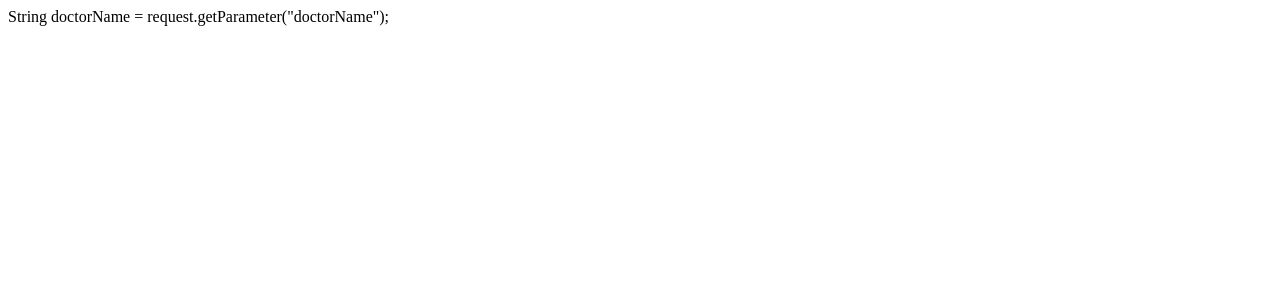
Repository: Kavya-C1/eclipsejava
Page: http://localhost/DoctorAppMaven/addDoctor.jsp
An editor plug-in stored every save of this project. The page is shown before and after the next save, followed by the edit.
The browser window is 1280 px wide. The pictures show the whole page.
The page is served by Tomcat 9.

Above is the page before, as saved 2024-03-15 09:49:47.

After the next save:
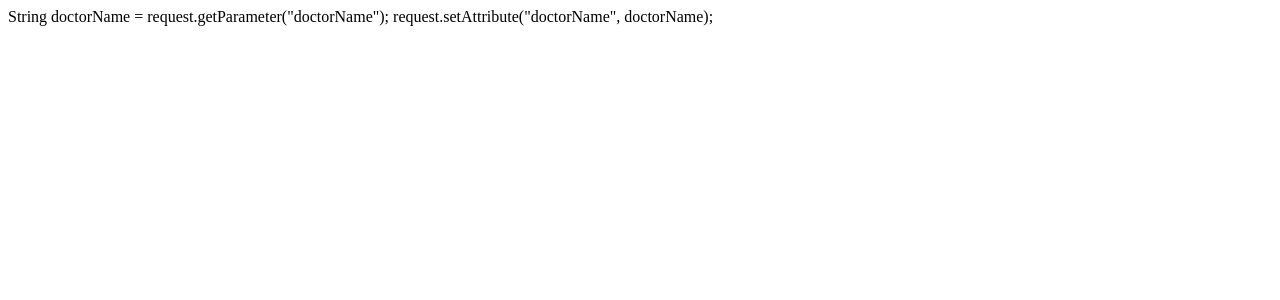
Saved 8 s later.
--- a/DoctorAppMaven/src/main/webapp/addDoctor.jsp
+++ b/DoctorAppMaven/src/main/webapp/addDoctor.jsp
@@ -10,5 +10,7 @@
 
 String doctorName =  request.getParameter("doctorName");
 
+request.setAttribute("doctorName", doctorName);
+
 </body>
 </html>
